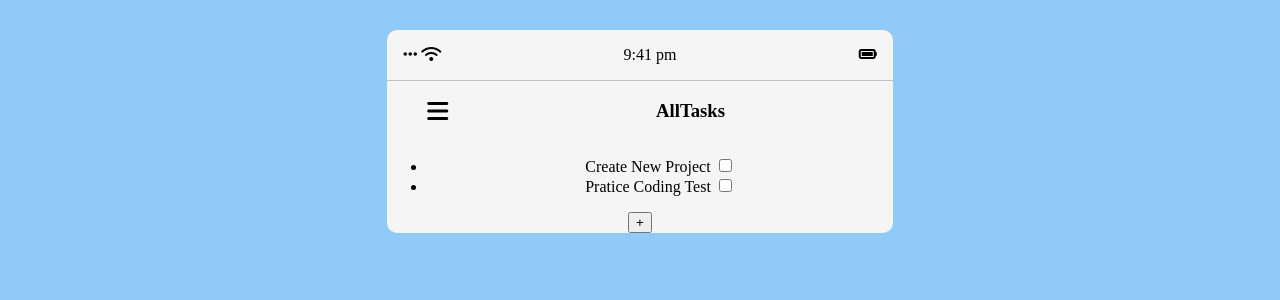
Repository: EEOOOO/javascript-projects
Page: todoListApp/index.html
These files come from the project's save history. The page is drawn as it stood at one moment and after the next save; the edit follows.
The browser window is 1280 px wide. The pictures show the whole page.
Some web libraries are served in a nearby version.

Above is the page before, as saved 2022-07-29 15:58:57.

After the next save:
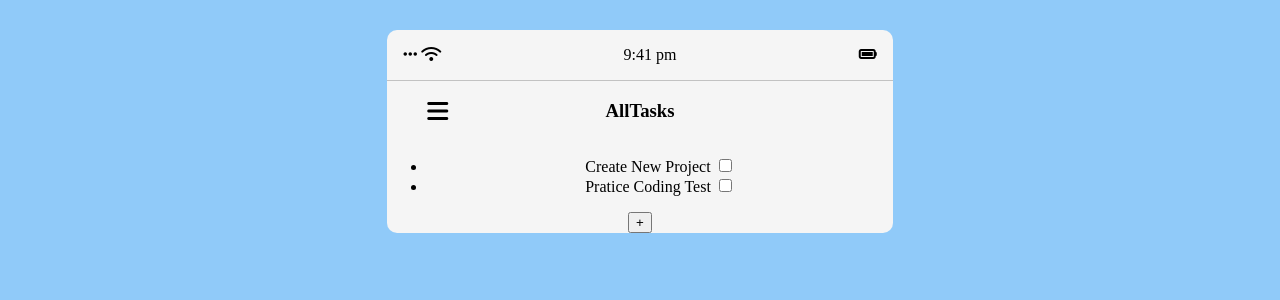
Saved 4 s later.
--- a/todoListApp/style.css
+++ b/todoListApp/style.css
@@ -30,5 +30,5 @@ body {
 }
 .navbar .title {
   width: 40%;
-  padding-left: 20%;
+  padding-left: 10%;
 }
